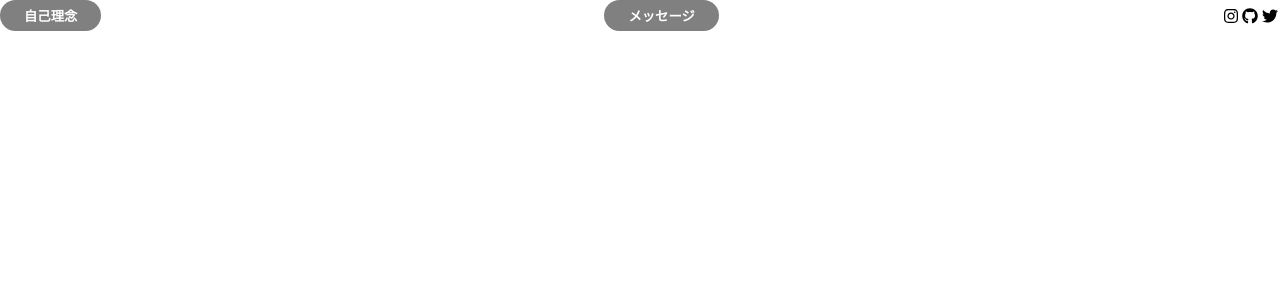
Repository: Rujuu-prog/react-mysite
Page: /
The author's editor kept a copy of each file at every save. The page is drawn from the files as they stood at one save, then again after the next save.
The browser window is 1280 px wide. The pictures show the whole page.
The project was rebuilt for these pictures with package versions that can differ from the ones it lists, and the page was loaded fresh each time. A package was used in the major version that the imports need, not the one package.json lists.

Above is the page before, as saved 2021-05-12 15:44:12.

### src/App.tsx
import React from 'react';
import { BrowserRouter, Link, Switch, Route } from "react-router-dom";
// import { Router } from "./router/Router";
import './App.css';
import { PrimaryButton } from './components/atoms/button/PrimaryButton';
import { Github } from './components/atoms/icon/Github';
import { Instagram } from './components/atoms/icon/Instagram';
import { Twitter } from './components/atoms/icon/Twitter';
import { IconList } from './components/molecules/IconList';
import { HeaderOnly } from './components/templates/HeaderOnly';



export default function App() {
  return (
    // <BrowserRouter>
      <div className="App" >
        <HeaderOnly/>

      </div>
    // </BrowserRouter>
  );
}

### src/components/templates/HeaderOnly.tsx
import React from "react";
import { Link } from "react-router-dom";
import styled from "styled-components";

import { Header } from "../atoms/layout/Header";
import { PrimaryButton } from "../atoms/button/PrimaryButton"
import { IconList } from "../molecules/IconList";

type Props = {
    children?: React.ReactNode;
};

export const HeaderOnly: React.FC<Props> = ({children}) => {
    return (
    <>
        <SHeader>
            <PrimaryButton>自己理念</PrimaryButton>
            <PrimaryButton>メッセージ</PrimaryButton>
            <IconList/>
        </SHeader>
        {children}
    </>
    );
};

const SHeader = styled.header`
    display: flex;
    justify-content: space-between;
    align-items: center;
`;
// const SLink = styled(Link)`
//     margin: 0 8px;
// `;

### src/components/atoms/button/PrimaryButton.tsx
import styled from "styled-components";
import { BaseButton } from "./BaseButton";

export const PrimaryButton = (props:any) => {
    const { children } = props;
    return <SButton>{children}</SButton>;
};

const SButton = styled(BaseButton)`
    // background-color: #40514e;
    background-color: gray;
`;

### src/components/molecules/IconList.tsx
import React from "react";
import styled from "styled-components";
import { Github } from "../atoms/icon/Github";
import { Instagram } from "../atoms/icon/Instagram";
import { Twitter } from "../atoms/icon/Twitter";

export const IconList:React.FC = () => {
    return(
        <SIconContainer>
            <Instagram/>
            <Github/>
            <Twitter/>
        </SIconContainer>
    );
};

const SIconContainer = styled.div`
    display: flex;
    align-items: center;
`;

### src/components/atoms/button/BaseButton.tsx
import styled from "styled-components";

export const BaseButton = styled.button`
    color: #fff;
    font-weight: bold;
    padding: 6px 24px;
    border: none;
    border-radius: 9999px;
    outline: none;
    &:hover {
        cursor: pointer;
        opacity: 0.8;
    }
`;

### src/components/atoms/icon/Github.tsx
import { faGithub, faInstagram } from "@fortawesome/free-brands-svg-icons";
import { FontAwesomeIcon } from "@fortawesome/react-fontawesome"

const IconStyle = {
    padding:"2",
    fontsize:"50"
}

export const Github:React.FC = () => {
    return(<FontAwesomeIcon style={IconStyle} icon={faGithub}></FontAwesomeIcon>);
}

### src/components/atoms/icon/Instagram.tsx
import { faInstagram } from "@fortawesome/free-brands-svg-icons";
import { FontAwesomeIcon } from "@fortawesome/react-fontawesome"

const IconStyle = {
    padding:"2",
    fontsize:"50"
}

export const Instagram:React.FC = () => {
    return(<FontAwesomeIcon style={IconStyle} icon={faInstagram}></FontAwesomeIcon>);
}

### src/components/atoms/icon/Twitter.tsx
import { faInstagram, faTwitter } from "@fortawesome/free-brands-svg-icons";
import { FontAwesomeIcon } from "@fortawesome/react-fontawesome"

const IconStyle = {
    padding:"2",
    fontsize:"50"
}

export const Twitter:React.FC = () => {
    return(<FontAwesomeIcon style={IconStyle} icon={faTwitter}></FontAwesomeIcon>);
}

### src/components/atoms/layout/Header.tsx
import React from "react";
import styled from "styled-components";

import { PrimaryButton } from '../button/PrimaryButton'

type Props = {
    children?: React.ReactNode;
}

export const Header: React.FC<Props> = ({children}) => {
    return (<SHeader>{children}</SHeader>);
};

const SHeader = styled.header`
    display: flex;
    justify-content: space-between;
    align-items: center;
    background-color: black;
    color: #fff;
    text-align: center;
    padding: 8px 0;
`;

Loaded but not shown: public/index.html (common file); src/index.tsx (common file); src/index.css (common file); src/reportWebVitals.ts (common file); src/App.css (common file)

After the next save:
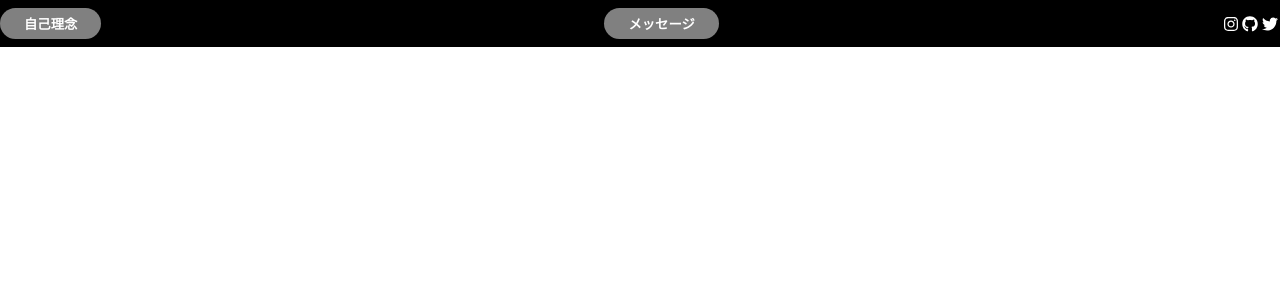
Saved 9 s later.
--- a/src/components/templates/HeaderOnly.tsx
+++ b/src/components/templates/HeaderOnly.tsx
@@ -13,21 +13,17 @@ type Props = {
 export const HeaderOnly: React.FC<Props> = ({children}) => {
     return (
     <>
-        <SHeader>
+        <Header>
             <PrimaryButton>自己理念</PrimaryButton>
             <PrimaryButton>メッセージ</PrimaryButton>
             <IconList/>
-        </SHeader>
+        </Header>
         {children}
     </>
     );
 };
 
-const SHeader = styled.header`
-    display: flex;
-    justify-content: space-between;
-    align-items: center;
-`;
+
 // const SLink = styled(Link)`
 //     margin: 0 8px;
 // `;
